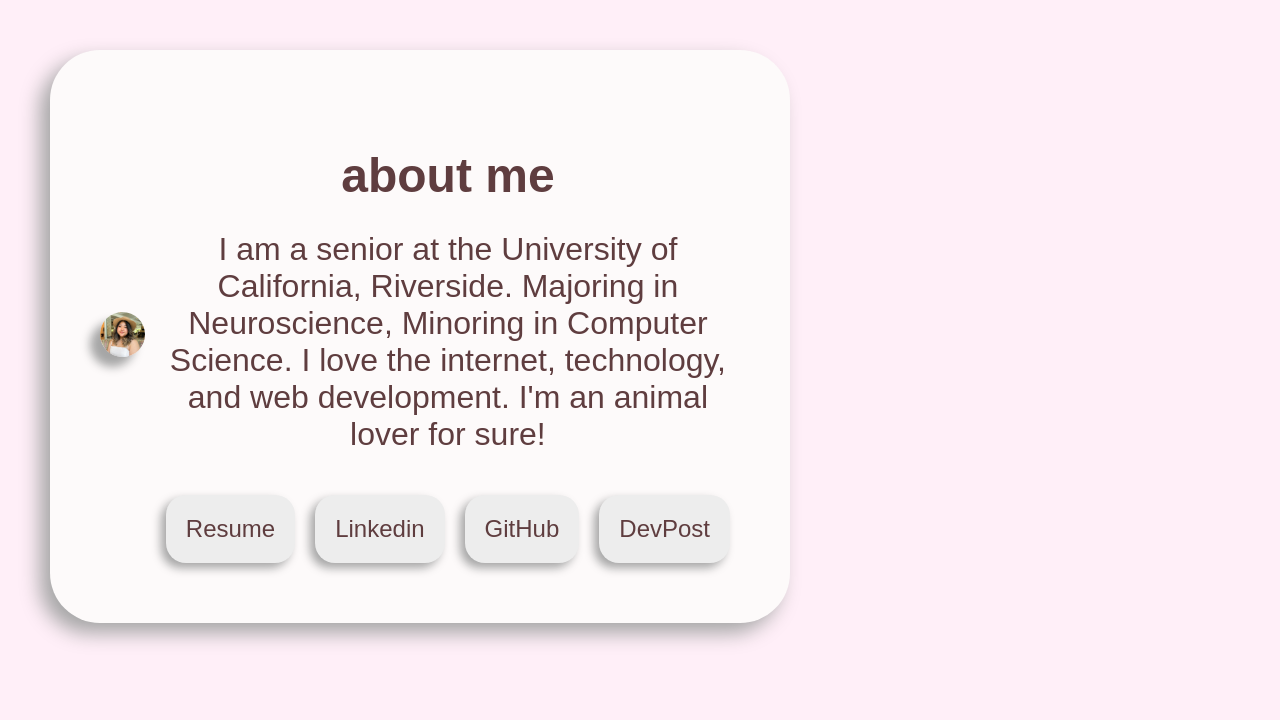
Repository: allisonchuu/strawbeari
Page: aboutme.html
The author's editor kept a copy of each file at every save. The page is drawn from the files as they stood at one save, then again after the next save.
The browser window is 1280 px wide. The pictures show the whole page.
Some web fonts or font styles are not loaded; a fallback is used.

Above is the page before, as saved 2022-09-06 15:16:49.

### aboutme.html
<!DOCTYPE html>
<html lang="en">

<head>
    <meta charset="utf-8" />
    <meta name="viewport" content="width=device-width, initial-scale=1.0, maximum-scale=1.0, user-scalable=no">
    <link rel="apple-touch-icon" sizes="180x180" href="assets/favicon/apple-touch-icon.png">
    <link rel="icon" type="image/png" sizes="32x32" href="assets/favicon/favicon-32x32.png">
    <link rel="icon" type="image/png" sizes="16x16" href="assets/favicon/favicon-16x16.png">
    <link rel="manifest" href="assets/favicon/site.webmanifest">
    <link rel="mask-icon" href="assets/favicon/strawberryicon.svg" color="#ffffff">
    <link rel="shortcut icon" href="assets/favicon/favicon.ico">
    <link rel="stylesheet" href="https://cdnjs.cloudflare.com/ajax/libs/font-awesome/6.0.0/css/all.min.css"
        integrity="sha512-9usAa10IRO0HhonpyAIVpjrylPvoDwiPUiKdWk5t3PyolY1cOd4DSE0Ga+ri4AuTroPR5aQvXU9xC6qOPnzFeg=="
        crossorigin="anonymous" referrerpolicy="no-referrer" />
    <meta name="msapplication-TileColor" content="#00aba9">
    <meta name="msapplication-TileColor" content="#00aba9">
    <meta name="msapplication-config" content="assets/favicon/browserconfig.xml">
    <meta name="theme-color" content="#ffffff">


    <title>Allison's Home Page</title>

    <!-- import the webpage's stylesheet -->
    <link rel="stylesheet" href="style.css" />

    <!-- import the webpage's javascript file -->
    <script src="script.js" defer></script>
</head>

<body>

    <!-- this is the start of page content -->

    <section class="about-me-page">
        <div class="container">
            <div class="profilepic">
                <img id="me" src="assets/profile.jpg" alt="Picture of Me">
            </div>
            <section class="introduction-section">
                <h1>about me</h1>
                <p>I am a senior at the University of California, Riverside.
                    Majoring in Neuroscience, Minoring in Computer Science.
                    I love the internet, technology, and web development. I'm an animal lover for sure!</p>
                    <div class="infoContainer">
                        <a class="info" href="assets/01AllisonChu.pdf">Resume</a>
                        <a class="info" href="https://www.linkedin.com/in/ucrallisonchu/">Linkedin</a>
                        <a class="info" href="https://github.com/allisonchuu">GitHub</a>
                        <a class="info" href="https://devpost.com/allisonchuu?ref_content=user-portfolio&ref_feature=portfolio&ref_medium=global-nav">DevPost</a>
                    </div>
            </section>
        </div>
    </section>

</body>

</html>

### style.css
@import url('https://fonts.googleapis.com/css2?family=Roboto+Mono:wght@300&display=swap');
@import url('https://rsms.me/inter/inter.css');

html {
    font-family: 'Inter', sans-serif;
}

@supports (font-variation-settings: normal) {
    html {
        font-family: 'Inter var', sans-serif;
    }
}

/*--adjust typography defaults --*/
html {
    background-color: #FFEFF8;
    color: #5F3D3F;
}

body {
    margin: 0;
    display: flex;
    flex-direction: column;
    justify-content: center;
    align-items: center;
}

h1 {
    font-size: 3rem;
    text-align: center;
}

p {
    font-size: 2rem;
}

a {
    text-decoration: none;
}

section {
    display: block;
}

.divider {
    background-color: #EDEDED;
    height: 13px;
    width: 250px;
    margin-top: 30px;
    margin-bottom: 30px;
    border-radius: 20px;
}

/*--images and videos max out at full width--*/
img,
video {
    height: auto;
    max-width: 100%;
}

/*--banner styling--*/
.banner {
    display: block;
    position: -webkit-sticky;
    position: sticky;
    width: 100%;
    height: auto;
    margin-bottom: -5px;

    z-index: 0;
}

.banner img {
    width: 100%;
    height: auto;
}

.logo {
    position: relative;
    display: inline;
    top: 10px;
    left: 10px;
    height: 50px;
    width: auto;
}

.mobileLogo {
    display: none
}

@media only screen and (max-width:800px) {
    .logo {
        display: none
    }

    .mobileLogo {
        position: relative;
        display: inline;
        top: 10px;
        left: 10px;
        height: 50px;
        width: auto;
    }
}

/*--end banner styling--*/

#navbar-toggle {
    position: fixed;
    display: inline;
    text-align: left;
}

/*--begin side nav bar styling--*/

#nav-menu {
    background-color: #F4F4F4;
    width: 400px;
    height: 100vh;
    display: flex;
    justify-content: left;
    position: fixed;
    top: 0;
    left: -400px;
    transition: 350ms;
}

.menubars {

    display: inline-block;
    font-size: 3rem;
    color: #5F3D3F;

}

#hiddennavbar {
    position: absolute;
    display: inline-block;
    top: 30px;
    left: 30px;
    height: auto;
    width: auto;
}

#nav-menu.active {
    position: fixed;
    left: 0;
    transition: 350ms;
}

#navbar-toggle {
    position: relative;
    display: inline-block;
    top: 23px;
    left: 0;
    text-align: left;
}

.menubarshidden {
    display: inline-block;
    font-size: 3rem;
    color: #5F3D3F;

}

.navstrawbeari {
    display: inline-block;
    position: absolute;
    width: 200px;
    bottom: 50px;
}

.nav-icon {
    padding-right: 1rem;
    color: #5F3D3F;
}


@media only screen and (max-width: 1000px) {

    .nav-menu-items {
        width: 250px;
    }

    .menubars {
        position: relative;
        text-align: left;
    }


    .menubarshidden {
        color: #5F3D3F;
        right: 0;
        justify-content: right;
    }

    #nav-menu {
        background-color: #F4F4F4;
        width: 300px;
        height: 100vh;
        display: flex;
        justify-content: center;
        position: fixed;
        top: 0;
        right: 100vw;
        /*transition: 850ms;*/
    }


    .nav-section {
        display: flex;
        flex-direction: column;
        justify-content: left;
        padding: 10px;
        padding-right: 50px;

        color: #5F3D3F;
    }


    #nav-menu.active {
        position: fixed;
        right: 70vw;
        transition: 350ms;
    }

    .nav-icon {
        padding-right: 1rem;
        color: #5F3D3F;
    }

    .nav_dropd {
        padding-left: 1rem;
        color: #5F3D3F;
    }


    .navstrawbeari {
        position: absolute;
        bottom: 50px;
        margin-right: 3vw;
    }
}

/*--start side nav bar styling--*/


/*--footer styling--*/

.footer {
    display: block;

    background-color: #FFE8F5;
    padding-top: 1vh;
    padding-bottom: 1vh;
    width: 100%;
    text-align: center;

    font-size: 1.25em;
    color: #5F3D3F;
}

.footer span {
    color: #5F3D3F;
}

.top {
    display: block;
    padding-bottom: 7.5px;

    letter-spacing: 2.5px;
}

.bottom {
    display: block;
}

.footer img {
    vertical-align: center;

    padding: 0vh 7.5px;

    min-height: 30px;
    max-height: 30px;
}

/* end footer styling */

/* index page styling */

.beginning {
    display: flex;
    flex-direction: column;
    align-items: center;
    justify-content: center;
    text-align: center;
    padding-left: 15%;
    padding-right: 15%;
}

#homepage {
    height: 100%;
    position: relative;
    width: 100%;
}

#homepage-header {
    height: 100px;
    position: relative;
}

#homepage-icon {
    height: 60px;
    padding: 20px;
    position: absolute;
    width: 80px;
}

#homepage-header-navigation {
    position: absolute;
    right: 0;
}

.nav-menu-items {
    position: relative;
    display: flex;
    flex-direction: row;
    align-items: left;
    width: 350px;
}

.nav-section {
    display: flex;
    flex-direction: row;
    justify-content: left;
    padding: 25px 50px 0;
    color: #5F3D3F;
}

.nav-section a {
    text-decoration: none;
    color: #5F3D3F;
    font-size: 20px;
    font-weight: 100;
    padding: 15px 30px;
}

.nav-section a:hover {
    color: #bbb0b1;
}

#homepage-intro {
    padding: 150px 200px 100px;
    font-size: 40px;
    font-weight: 200;
    white-space: nowrap;
}

#homepage-intro-name {
    font-weight: 500;
}

#homepage-intro-next-line {
    font-size: 35px;
}

#home-page-clouds-and-strawbeari {
    background: url("assets/home-page-clouds-and-strawbeari.png") repeat-x;
    animation: slide 120s linear infinite;
    background-size: 3000px;
    height: 500px;
    width: 14000px;
}

#home-page-clouds-and-strawbeari-wrapper {
    overflow: hidden;
    height: 450px;
}

@keyframes slide {
    0% {
      transform: translate(0);
    }
    100% {
      transform: translate(-3000px); /* The image width */
    }
  }


/* about me page styling */

.body_container {
    display: flex;
    flex-direction: column;
    align-items: center;
    justify-content: center;
    text-align: center;
    margin-bottom: 30px;
}

.container {
    background-color: #FDFAFA;
    display: flex;
    flex-direction: row;
    align-items: center;
    justify-content: center;
    padding: 50px;
    margin: 50px;
    border-radius: 50px;
    width: 50%;
    box-shadow: -10px 10px 20px #A6A6A6;
    opacity: 0;
    animation: textFadeIn 0.5s linear forwards;
    animation-delay: 0.3s;

}

@keyframes textFadeIn {
    0% {
        opacity: 0.1;
        transform: translatey(50px);
    }

    100% {
        opacity: 1;
        transform: translateX(0px);
    }
}

#me {
    position: relative;
    border-radius: 30px;
    margin-right: -50px;
    height: auto;
    width: 80%;
    box-shadow: -10px 10px 10px #A6A6A6;
}

.introduction-section {
    display: flex;
    flex-direction: column;
    align-items: center;
    justify-content: center;
    text-align: center;
}

.introduction-section p {
    margin-top: -20px;
}

.infoContainer {
    display: flex;
    flex-direction: row;
    align-items: center;
    justify-content: center;
    text-align: center;
}

.info {
    background-color: #EDEDED;
    color: #5F3D3F;
    border: 0px;
    border-radius: 20px;
    margin: 10px;
    padding: 20px;
    font-size: 1.5rem;
    box-shadow: -5px 5px 10px #A6A6A6;
}

@media only screen and (max-width: 1000px) {
    .container {
        padding: 5%;
        display: flex;
        flex-direction: column;
        justify-content: center;
        align-items: center;
        text-align: center;
        width: 70%;
    }

    #me {
        margin-right: 0;
    }

    .introduction-section {
        padding: 20px;
    }

    .introduction-section p {
        font-size: 1.5rem;
    }

    .infoContainer {
        display: flex;
        flex-direction: column;
        align-items: center;
        justify-content: center;
        text-align: center;
    }

    #welcomeStrawbeari {
        width: 200px;
    }

}

/*--end about me page styling--*/

/*--start gif styling--*/

@media only screen and (max-width: 1000px) {

    .gifcontainer img {
        display: none;
    }
}

.gifcontainer {
    height: 350px;
    width: 550px;
    display: block;
    position: fixed;
    bottom: 0;
    right: -460px;
    transition: transform 1.5s;
}

.gifcontainer img {
    width: 100%;
    height: auto;
}

.gifcontainer.show-panda {
    transform: translate(-80%);
    transition: transform 1.5s;
}

.strawberrygif {
    left: 10px;
    height: 55px;
    position: absolute;
    bottom: 145px;
    z-index: 2;
}

.strawberrygif img {
    width: auto;
    height: 100%;
}

/*--end gif styling--*/

### script.js
const sideMenu = document.querySelector('#nav-menu');
const gifContainer = document.querySelector('.gifcontainer');
var x = true;

function showMenu() {
    sideMenu.classList.add('active');
}

function hideMenu() {
    sideMenu.classList.remove('active');
}

function moveGif() {
    if(x == true){
        gifContainer.classList.add('show-panda');
        x = false;
    }else{
        gifContainer.classList.remove('show-panda');
        x = true;
    }
}

After the next save:
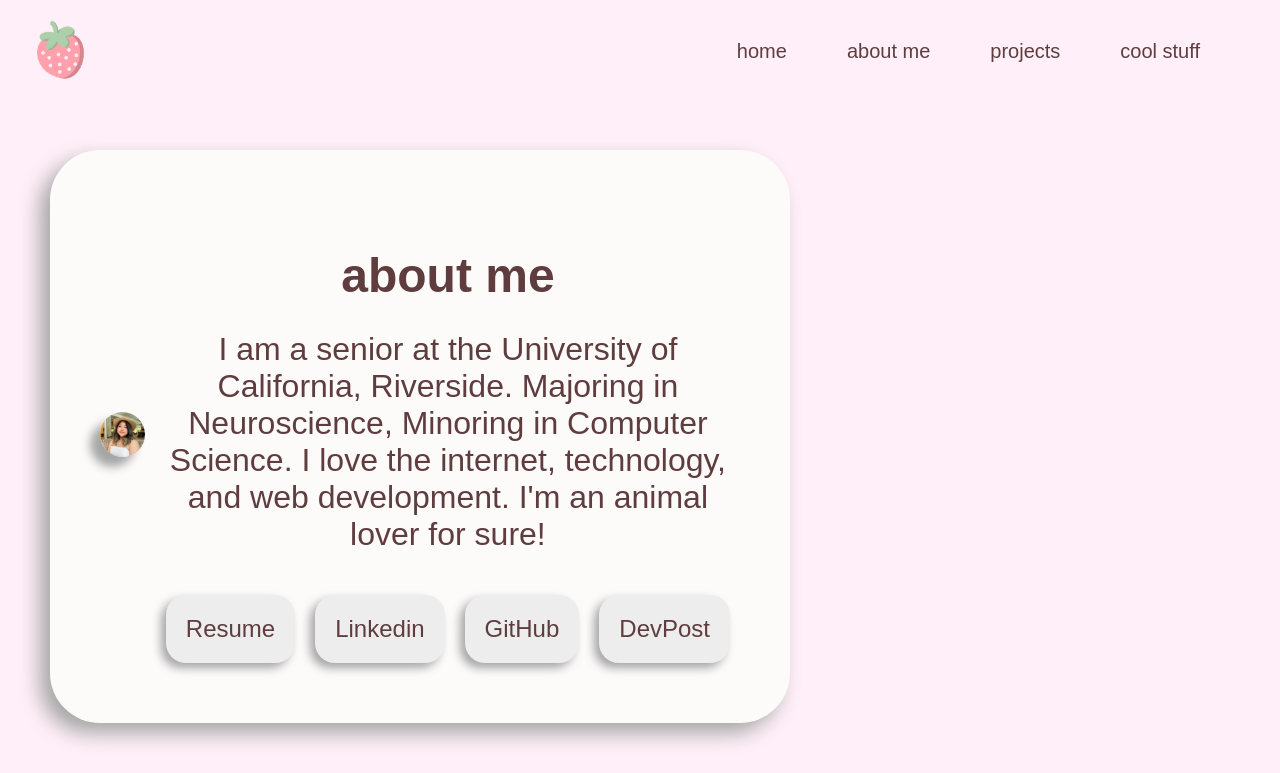
Saved 24 s later.
--- a/aboutme.html
+++ b/aboutme.html
@@ -33,6 +33,17 @@
     <!-- this is the start of page content -->
 
     <section class="about-me-page">
+        <div id="homepage-header">
+            <div class="homepage-header-icon-wrapper">
+                <img id="homepage-icon" src="assets/logos/strawberryicon.png" alt="Strawberry icon">
+            </div>
+            <div id="homepage-header-navigation" class="nav-section">
+                <a href="#">home</a>
+                <a href="#">about me</a>
+                <a href="#">projects</a>
+                <a href="#">cool stuff</a>
+            </div>
+        </div>
         <div class="container">
             <div class="profilepic">
                 <img id="me" src="assets/profile.jpg" alt="Picture of Me">
